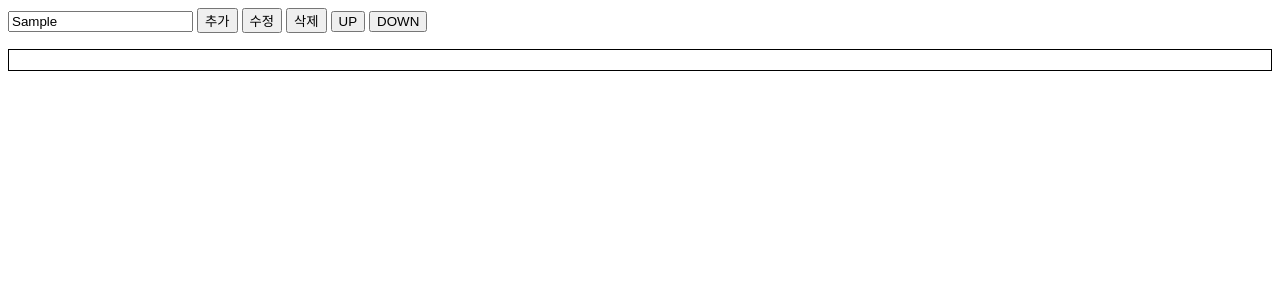
Repository: swc0516s/EZEN-JS
Page: JavaScript Workspace Lecture/JavaScript_jQuery_03/WebContent/Problem01/sil_prob02_.html
An editor plug-in stored every save of this project. The page is shown before and after the next save, followed by the edit.
The browser window is 1280 px wide. The pictures show the whole page.
Empty fields were first filled with sample values (such as "Sample", 5 or name@example.com).
After loading, the first visible `#add` was clicked once.

Above is the page before, as saved 2022-03-23 00:48:46.
Console error: ReferenceError: selectedItem is not defined

### JavaScript Workspace Lecture/JavaScript_jQuery_03/WebContent/Problem01/sil_prob02_.html
<!DOCTYPE html>
<html>
<head>
<meta charset="UTF-8">
<title>Insert title here</title>
<style type="text/css">
body {
	font-size: 16px;
	font-family: "굴림";
}

ul.menu {
	padding: 10px;
	list-style: none;
	border: 1px #000 solid;
}

ul.menu li {
	border: 1px #eeeeee solid;
	margin: 10px;
}

li.select {
	background-color: #ccc;
}
</style>

<script type="text/javascript" src="../libs/jquery-3.6.0.min.js"></script>
<script type="text/javascript">
	var $menu = null;
	var $menuName = null;
	var $selectedItem = null;

	$(document).ready(function() {
		init();
		initEvent();
	});

	// 전역에서 사용할 요소 초기화
	function init() {
		$menu = $("ul.menu");
		$menuName = $("#menuName");
	}

	// 이벤트 초기화
	function initEvent() {
		$("#add").click(function() {
			addMenu();
		});

		$menu.on("click", "li", function() {
			selectItem($(this));
		});

		$("#update").click(function() {
			updateMenuItem();
		});

		$("#remove").click(function() {
			removeMenuItem();
		});

		$("#up").click(function() {
			upMenuItem();
		});

		$("#down").click(function() {
			downMenuItem();
		});

	}

	// 메뉴 추가 처리
	function addMenu() {
		// 텍스트 입력 값 구하기
		var menuName = $menuName.val();
		// 신규 메뉴 아이템 문자열 만들기
		var newMenuItem = "<li>" + menuName + "</li>";
		// 선택 메뉴 아이템이 있는 경우 신규 아이템을 선택 메뉴 아이템 아래에 추가
		if (selectedItem) {
			$selectedItem.after(newMenuItem);
		} else {
			$menu.append(newMenuItem);
		}
	}

	function selectItem(item) {
		// 기존 선택 메뉴 아이템이 있는 경우 선택 효과 제거
		if (selectedItem != null)
			selectedItem.removeClass("select");
		// 신규 선택 메뉴 아이템 처리
		selectedItem = item;
		selectedItem.addClass("select");
	}

	function updateMenuItem() {
		if (selectedItem) {
			var menuName = menuName.val();
			selectedItem.html(menuName);
		} else {
			alert("선택 메뉴가 존재 하지 않습니다.");
		}
	}

	function removeMenuItem() {
		if (selectedItem) {
			selectedItem.remove();
			selectedItem = null;
		} else {
			alert("선택 메뉴가 존재 하지 않습니다.")
		}
	}

	function upMenuItem() {
		if (selectedItem) {
			var prevItem = selectedItem.prev();
			selectedItem.insertBefore(prevItem);
		} else {
			alert("선택 메뉴가 존재 하지 않습니다.")
		}
	}

	function downMenuItem() {
		if (selectedItem) {
			var prevItem = selectedItem.next();
			selectedItem.insertAfter(prevItem);
		} else {
			alert("선택 메뉴가 존재 하지 않습니다.")
		}
	}
</script>
</head>
<body>
	<div>
		<input type="text" id="menuName">
		<button id="add">추가</button>
		<button id="update">수정</button>
		<button id="remove">삭제</button>
		<button id="up">UP</button>
		<button id="down">DOWN</button>
	</div>
	<ul class="menu">

	</ul>
</body>
</html>

Loaded but not shown: JavaScript Workspace Lecture/JavaScript_jQuery_03/WebContent/libs/jquery-3.6.0.min.js (library)

After the next save:
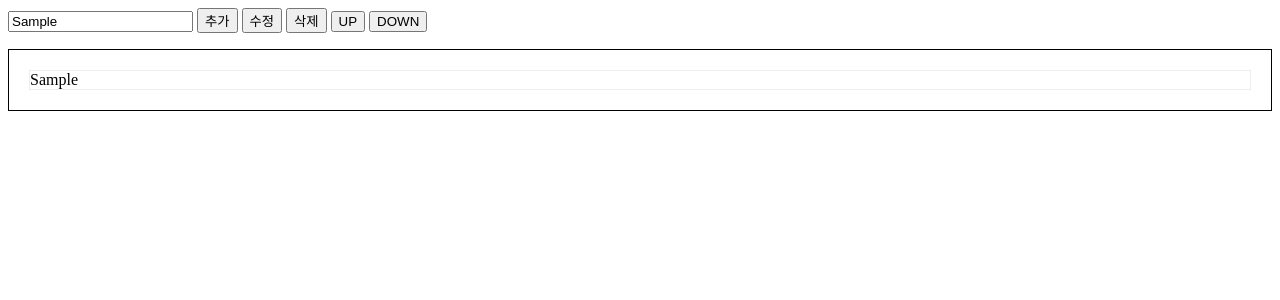
The error is gone.
Saved 87 s later.
--- a/JavaScript Workspace Lecture/JavaScript_jQuery_03/WebContent/Problem01/sil_prob02_.html
+++ b/JavaScript Workspace Lecture/JavaScript_jQuery_03/WebContent/Problem01/sil_prob02_.html
@@ -77,7 +77,7 @@ li.select {
 		// 신규 메뉴 아이템 문자열 만들기
 		var newMenuItem = "<li>" + menuName + "</li>";
 		// 선택 메뉴 아이템이 있는 경우 신규 아이템을 선택 메뉴 아이템 아래에 추가
-		if (selectedItem) {
+		if ($selectedItem) {
 			$selectedItem.after(newMenuItem);
 		} else {
 			$menu.append(newMenuItem);
